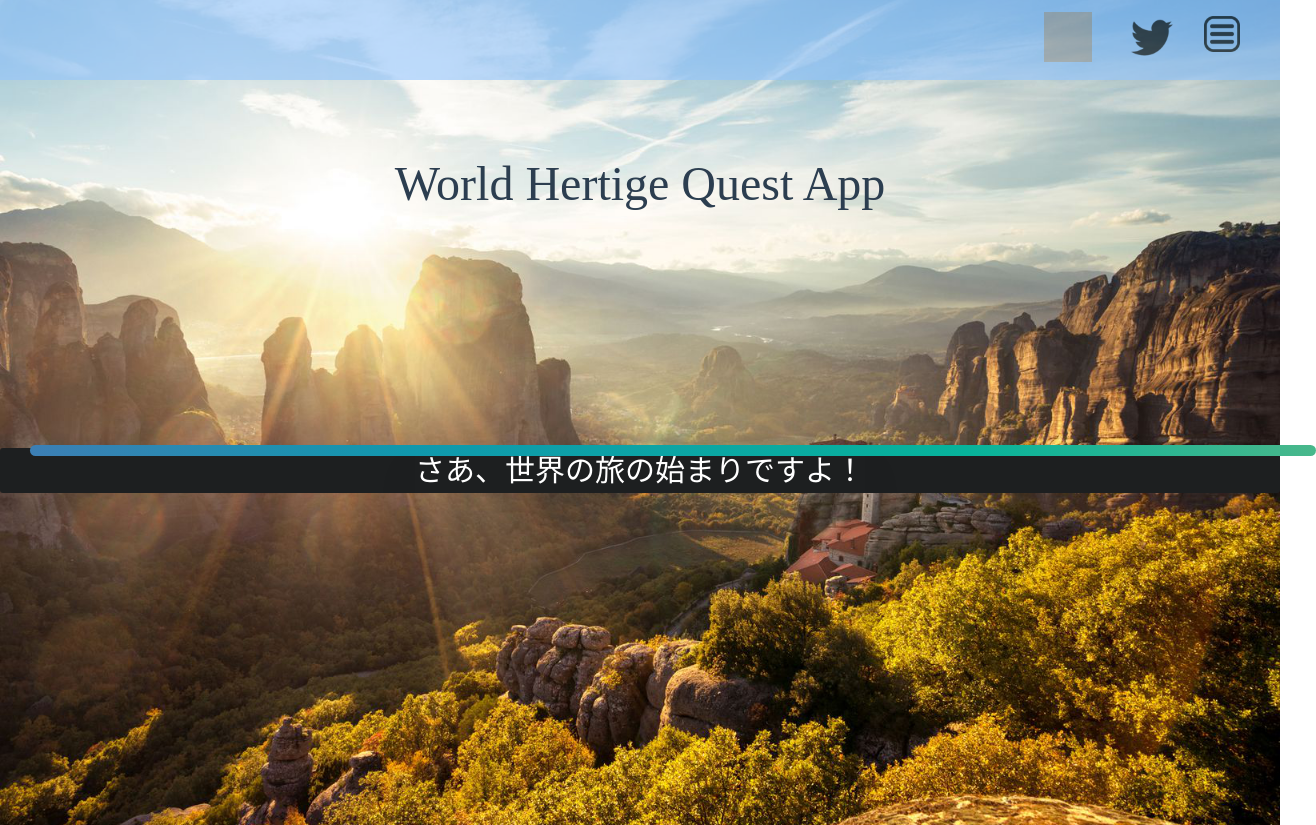
Repository: hashiz008/World-Heritage-Travel-App
Page: /
These files come from the project's save history. The page is drawn as it stood at one moment and after the next save; the edit follows.
The browser window is 1280 px wide. The page is 1316 px wide, so the pictures cover 1316 px, including what lies to the right of the window. The pictures show the whole page.
Pictures or frames that could not be fetched are drawn as grey boxes. Some web fonts or font styles are not loaded; a fallback is used. The project was rebuilt for these pictures with package versions that can differ from the ones it lists, and the page was loaded fresh each time. Also part of the build but not shown: vue.config.js.

Above is the page before, as saved 2022-01-25 11:36:56.

### src/App.vue
<template>
    <div id="nav"></div>
    <router-view />
</template>

<style>
#app {
    font-family: Avenir, Helvetica, Arial, sans-serif;
    -webkit-font-smoothing: antialiased;
    -moz-osx-font-smoothing: grayscale;
    text-align: center;
    color: #2c3e50;
}

#nav {
    padding: 30px;
}

#nav a {
    font-weight: bold;
    color: #2c3e50;
}

#nav a.router-link-exact-active {
    color: #42b983;
}
</style>

### src/router/index.ts
import { createRouter, createWebHistory, RouteRecordRaw } from 'vue-router'
import TopPage from '../views/TopPage.vue'

const routes: Array<RouteRecordRaw> = [
  {
    path: '/',
    name: 'TopPage',
    component: TopPage
  },
  {
    path: '/mainPage',
    name: 'MainPage',
    // route level code-splitting
    // this generates a separate chunk (about.[hash].js) for this route
    // which is lazy-loaded when the route is visited.
    component: () => import(/* webpackChunkName: "about" */ '../views/MainPage.vue')
  }
]

const router = createRouter({
  history: createWebHistory(process.env.BASE_URL),
  routes
})

export default router

### src/views/TopPage.vue
<template>
    <div class="backImgDiv">
        <div class="backImg">
            <div class="menu bg-blue-300 opacity-60 pr-10 flex justify-end">
                <input id="nav-input" type="checkbox" class="input invisible" />
                <div
                    class="rounded-full hover:bg-blue-100 hover:opacity-80 w-14 h-14 mt-1 mr-7 pt-2 pl-2"
                >
                    <a href="https://github.com/hashiz008"
                        ><img
                            class="cursor-pointer githubIcon"
                            src="../img//githubIcon.png"
                            alt="githubIcon"
                    /></a>
                </div>
                <div
                    class="rounded-full hover:bg-blue-100 hover:opacity-80 w-14 h-14 mr-7 mt-1 pt-2 pl-2"
                >
                    <a href="https://twitter.com/hashiz008"
                        ><img
                            class="cursor-pointer twitterIcon"
                            src="../img//twitterIcon2.png"
                            alt="twitter"
                    /></a>
                </div>
                <label for="nav-input"
                    ><img
                        class="cursor-pointer mt-4 w-9 h-9"
                        src="../img/menuIcon.png"
                        alt="menuIcon"
                /></label>
                <div class="detail pt-10 text-white">
                    <h2 class="text-4xl">世界遺産探検アプリの紹介</h2>
                    <p class="pt-5 text-2xl">
                        このアプリは好きな数字を入力してshowボタンを押すと世界遺産の画像と名前、国名が表示されます。
                    </p>
                    <p class="pt-5 text-2xl">
                        また,それと連動してGoogleMapにピンポイントでその遺産がある場所にMarkerされます。そしてダウンロードボタンを押すと画像がダウンロードされます。
                    </p>
                    <ul class="pt-5">
                        <li class="text-2xl">ヨーロッパ編: 0~10</li>
                        <li class="text-2xl">アメリカ編: 11~20</li>
                        <li class="text-2xl">アジア編: 21~30</li>
                    </ul>
                    <p class="text-2xl pt-3">
                        いずれデータを追加する予定です。
                    </p>
                </div>
            </div>
            <div class="titleDiv flex justify-center pt-40">
                <h1 class="title text-5xl">World Hertige Quest App</h1>
            </div>
            <div class="startBtn startBtns flex justify-center">
                <!-- <router-link
                    class="shadow-2xl text-white hover:opacity-70 hover:border-blue-800 hover:bg-blue-600 rounded-full py-2 px-4 border-2 border-blue-500"
                    to="/mainPage"
                    >さあ、世界の旅の始まりですよ！</router-link
                > -->
                <router-link class="router shadow-2xl text-white" to="/mainPage"
                    >さあ、世界の旅の始まりですよ！</router-link
                >
            </div>
        </div>
    </div>
</template>

<script>
// @ is an alias to /src
export default {
    name: "Home",
};
</script>

<style scoped="lang">
@import url("https://fonts.googleapis.com/css2?family=M+PLUS+2:wght@700&family=Playfair+Display:wght@500&display=swap");
@import url("https://fonts.googleapis.com/css?family=Raleway:200");
.backImgDiv {
    margin-top: -60px;
}
.backImg {
    background-image: url("../assets/startPage.png");
    background-repeat: no-repeat;
    background-size: cover;
    background-position: center center;
    width: 100%;
    height: 825px;
}
.menu {
    position: fixed;
    width: 100%;
    height: 80px;
}
.detail {
    width: 100%;
    height: 100%;
    position: fixed;
    left: 0;
    margin-top: 80px;
    display: none;
    background-color: #112129;
    animation: detail 2s;
}
@keyframes detail {
    0% {
        transform-origin: bottom;
        transform: scaleY(0);
    }
}
#nav-input:hover ~ .detail {
    display: block;
}
#input:hover ~ .titleDiv {
    display: none;
}
.titleDiv {
    animation: title 2s;
}
@keyframes title {
    0% {
        transform: rotate(0deg);
    }
    100% {
        transform: rotate(360deg);
    }
}
.title {
    font-family: "Libre Baskerville", serif;
}
.githubIcon {
    width: 50px;
    height: 50px;
}
.twitterIcon {
    width: 50px;
    height: 50px;
}
.startBtn {
    font-size: 30px;
    margin-top: 15rem;
}
.startBtn {
     --borderWidth: 3px;
     background: #1d1f20;
     position: relative;
     border-radius: var(--borderWidth);
}
.startBtn:after {
    content: "";
    position: absolute;
    top: calc(-1 * var(--borderWidth));
    left: calc(10 * var(--borderWidth));
    height: calc(10% + var(--borderWidth) * 2);
    width: calc(100% + var(--borderWidth) * 2);
    background: linear-gradient(
        60deg,
        #f79533,
        #f37055,
        #ef4e7b,
        #a166ab,
        #5073b8,
        #1098ad,
        #07b39b,
        #6fba82
    );
    border-radius: calc(2 * var(--borderWidth));
    z-index: 1;
    animation: animatedgradient 3s ease alternate infinite;
    background-size: 300% 300%;
}

@keyframes animatedgradient {
    0% {
        background-position: 0% 50%;
    }
    50% {
        background-position: 100% 50%;
    }
    100% {
        background-position: 0% 50%;
    }
}
</style>

Loaded but not shown: src/main.ts (common file); src/index.css (common file); tailwind.config.js (common file)

After the next save:
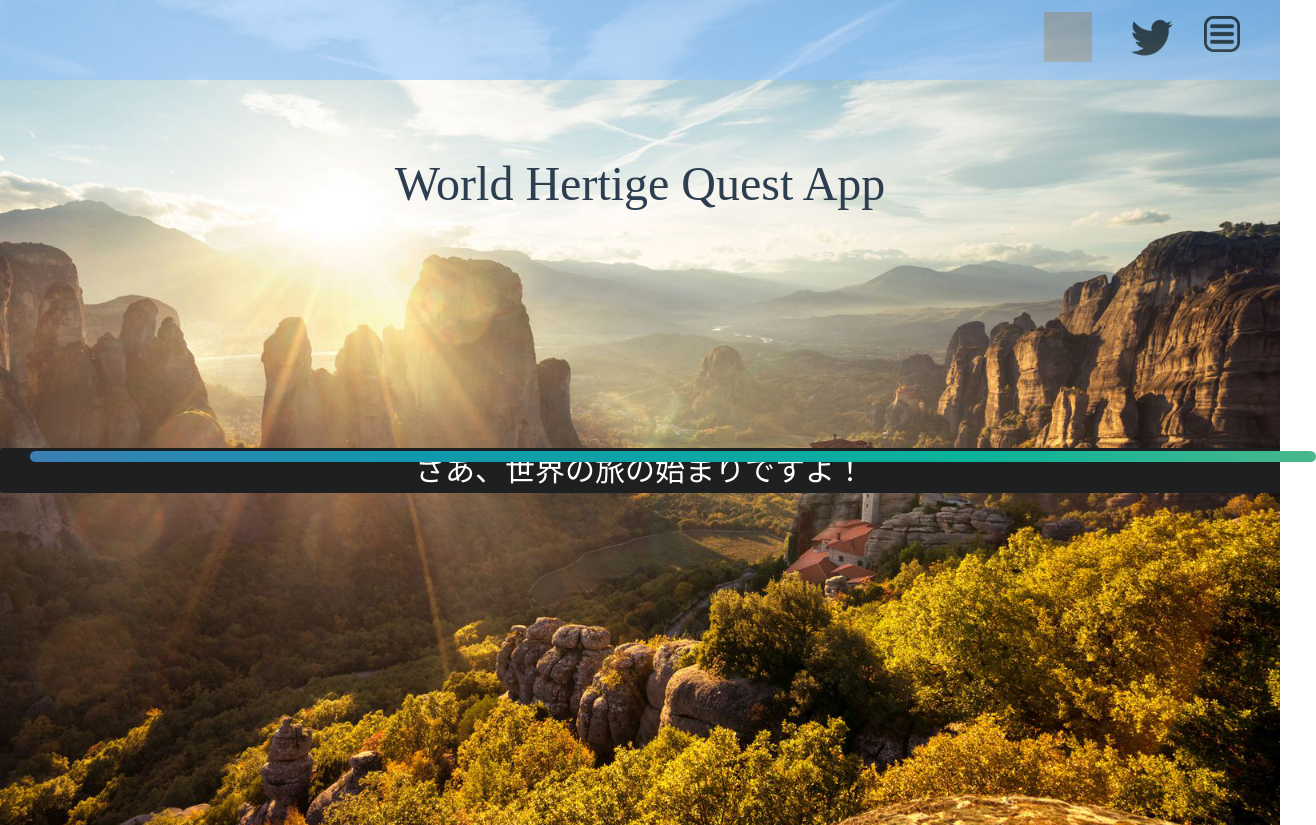
Saved 9 s later.
--- a/src/views/TopPage.vue
+++ b/src/views/TopPage.vue
@@ -147,7 +147,7 @@ export default {
 .startBtn:after {
     content: "";
     position: absolute;
-    top: calc(-1 * var(--borderWidth));
+    top: calc(1 * var(--borderWidth));
     left: calc(10 * var(--borderWidth));
     height: calc(10% + var(--borderWidth) * 2);
     width: calc(100% + var(--borderWidth) * 2);
